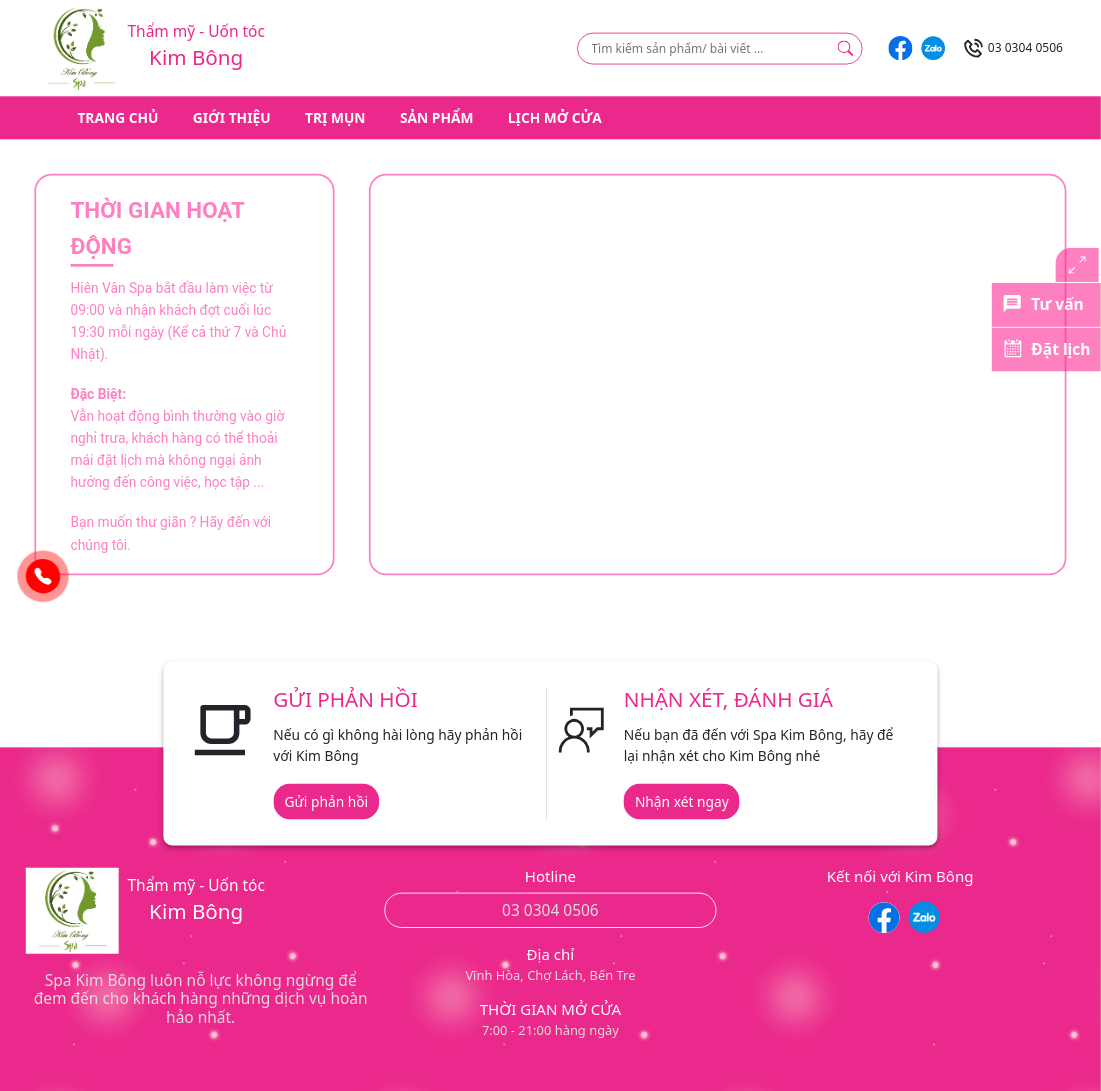
Repository: tranduykhuong/SpaKimBong
Page: /calendar
An editor plug-in stored every save of this project. The page is shown before and after the next save, followed by the edit.
The browser window is 1280 px wide. The pictures show the whole page, at 86% of full size.
Pictures or frames that could not be fetched are drawn as grey boxes. The project was rebuilt for these pictures with package versions that can differ from the ones it lists, and the page was loaded fresh each time. Also part of the build but not shown: src/components/Banner/banner.scss, src/components/Banner/Banner.js, src/pages/Home/home.scss, src/pages/Home/ListImage/listImage.scss, src/pages/Home/ListImage/ListImage.js, src/pages/Home/BookOnline/bookOnl.scss, src/pages/Home/BookOnline/Modal/ModalBook/modalbook.scss, src/pages/Home/BookOnline/Modal/ModalBook/modalbook.js and 24 more.

Above is the page before, as saved 2022-06-06 23:49:33.

### src/App.js
import "./App.scss";
import Header from "./components/Header/Header";
import Home from "./pages/Home/Home";
import "bootstrap/dist/css/bootstrap.min.css";
import { Route, Routes } from "react-router-dom";
import About from "./pages/About/About";
import Products from "./pages/Product/Products";
import ProductDetail from "./pages/Product/ProductDetail/ProductDetail";
import AcneTreatment from "./pages/AcneTreatment/AcneTreatment";
import ContactToolbox from "./components/ContactToolbox/ContactToolbox";
import BackToTop from "./components/BackToTop/BackToTop";
import PhoneTool from "./components/PhoneTool/PhoneTool";
import Calendar from "./pages/Calendar/Calendar";

function App() {
  return (
    <div className="App">
      <Header />
      <ContactToolbox />
      <BackToTop />
      <PhoneTool />
      <Routes>
        <Route path="/" element={<Home />} />
        <Route path="/about" element={<About />} />
        <Route path="/products" element={<Products />} />
        <Route path="/acne" element={<AcneTreatment />} />
        <Route path="/calendar" element={<Calendar />} />

        <Route path="/products/1" element={<ProductDetail />} />
      </Routes>
    </div>
  );
}

export default App;

### src/components/ContactToolbox/ContactToolbox.js
import React, { useState } from "react";
import "./contactToolbox.scss";
import { MdMessage } from "react-icons/md";
import { GoCalendar } from "react-icons/go";
import { BsArrowsAngleExpand } from "react-icons/bs";

const ContactToolbox = () => {
  const [hidden, setHidden] = useState(false);

  return (
    <div className="contactFixed">
      <div className="toolboxScroll" onClick={() => setHidden((prev) => !prev)}>
        <BsArrowsAngleExpand className="iconArrow" />
      </div>
      <div className={"toolboxList " + (hidden ? "hidden" : "open")}>
        <div className="advise toolboxItem">
          <MdMessage className="iconMessage" />
          <p>Tư vấn</p>
        </div>
        <div className="book toolboxItem">
          <GoCalendar className="iconCalendar" />
          <p>Đặt lịch</p>
        </div>
      </div>
    </div>
  );
};

export default ContactToolbox;

### src/components/BackToTop/BackToTop.js
import React, { useEffect, useState } from "react";
import "./backToTop.scss";
import { FaRegArrowAltCircleUp } from "react-icons/fa";

const BackToTop = () => {
  const [clicked, setClick] = useState(true);
  const [hiddenArrow, setHiddenArrow] = useState(true);

  useEffect(() => {
    const handleScroll = () => {
      if (window.scrollY > 550) setHiddenArrow(false);
      else setHiddenArrow(true);
    };
    window.addEventListener("scroll", handleScroll);
    return () => {
      window.removeEventListener("scroll", handleScroll);
    };
  }, []);

  useEffect(() => {
    window.scrollTo(0, 0);
  }, [clicked]);

  return (
    <div
      className={"backToTop " + (hiddenArrow ? "" : "show")}
      onClick={() => setClick((prev) => !prev)}
    >
      <FaRegArrowAltCircleUp className="icon" />
    </div>
  );
};

export default BackToTop;

### src/components/PhoneTool/PhoneTool.js
import React from "react";
import "./phoneTool.scss";
import { BsFillTelephoneFill } from "react-icons/bs";

const PhoneTool = () => {
  return (
    <div className="phoneTool">
      <div className="phone">
        <BsFillTelephoneFill className="iconPhone" />
      </div>
      <div className="circle"></div>
    </div>
  );
};

export default PhoneTool;

### src/pages/Calendar/Calendar.js
import React from "react";
import "./calendar.scss";
import Footer from "./../../components/Footer/Footer";

const Calendar = () => {
  return (
    <div>
      <div className="container-calendar">
        <div className="container-bg-calendar">
          <div className="calendar">
            <div className="calendar-content">
              <h3>THỜI GIAN HOẠT ĐỘNG</h3>
              <p>
                Hiên Vân Spa bắt đầu làm việc từ 09:00 và nhận khách đợt cuối
                lúc 19:30 mỗi ngày (Kể cả thứ 7 và Chủ Nhật).
              </p>
              <strong id="special">Đặc Biệt:</strong>
              <p>
                Vẫn hoạt động bình thường vào giờ nghỉ trưa, khách hàng có thể
                thoải mái đặt lịch mà không ngại ảnh hưởng đến công việc, học
                tập ...
              </p>
              <p>Bạn muốn thư giãn ? Hãy đến với chúng tôi.</p>
            </div>

            <div className="calendar-boxs-day">
              <div className="calendar-boxs">
                <div className="calendar-box">
                  <image
                    width={200}
                    height={200}
                    src="https://www.mindalife.vn/wp-content/uploads/2020/05/mau-thoi-gian-bieu-hoc-tap.jpg"
                  ></image>
                </div>
              </div>
            </div>
          </div>
        </div>
      </div>

      <Footer />
    </div>
  );
};

export default Calendar;

### src/components/Header/header.scss
@import '../../SCSS/base/variables.scss';
$height-navbar: 5rem;

.header {
    .mg-navbar {
        margin-bottom: $height-navbar;
    }

    .infor {
        max-width: 1200px;
        padding: .6rem 0;
        display: flex;
        justify-content: space-between;
        margin: 0 auto;

        .logo {
            display: flex;
            flex: 1;

            img {
                height: 10rem;
            }

            .nameSpa {
                color: $main-color;
                margin: auto 0;

                h4 {
                    font-size: 1.8rem;
                    font-weight: 500;
                }

                h2 {
                    font-size: 2.4rem;
                }
            }
        }


        .search {
            margin: auto 0;
            border-radius: 50px;
            border: solid .1rem $main-color;
            height: 37px;
            display: flex;

            input {
                font-size: 1.4rem;
                margin: auto 16px;
                min-width: 26rem;
                border: none;
                outline: none;
            }

            .icon {
                margin: auto 10px;
                cursor: pointer;
            }

            .iconSearch {
                width: 1.8rem;
                height: 1.8rem;
                color: $main-color;

                &:hover {
                    color: #f867b2;
                }
            }
        }

        .contact {
            display: flex;
            margin-left: 20px;

            .icon {
                margin: auto 0;
                margin-left: 10px;

            }

            .iconFacebook {
                width: 2.8rem;
                height: 2.8rem;
                color: rgba($color: #0570e6, $alpha: 1.0);
            }

            .iconZalo {
                width: 2.8rem;
                height: 2.8rem;
                border-radius: 50%;
            }

            .phone {
                margin: auto 0;
                margin-left: 20px;
                display: flex;

                .iconPhone {
                    width: 2.6rem;
                    height: 2.6rem;
                }

                h3 {
                    font-size: 1.4rem;
                    font-weight: 500;
                    margin: auto 4px;
                }
            }

        }
    }

    .fixedNavbar {
        position: fixed;
        top: 0;
        left: 0;
        z-index: 50;
        width: 100%;
        animation: fixedNavbar 1s forwards;
    }

    @keyframes fixedNavbar {
        from {
            top: -5rem;
            opacity: 0;
        }

        to {
            top: 0;
            opacity: 1;
        }
    }

    .myNavbar {
        height: $height-navbar;
        background-color: $main-color;

        .navbarContent {
            max-width: 1200px;
            margin: 0 auto;

            .navbarList {
                display: flex;
                margin: 0 1rem;
                // justify-content: space-evenly;

                li {
                    list-style: none;

                    a {
                        line-height: $height-navbar;
                        height: $height-navbar;
                        display: block;
                        color: #fff;
                        font-size: 1.6rem;
                        font-weight: 600;
                        text-decoration: none;
                        padding: 0 2rem;
                    }

                    &:hover {
                        background-color: #f844a1;
                        cursor: pointer;
                    }
                }

                .active {
                    background-color: #dd0876;
                }
            }
        }
    }
}

### src/components/Footer/Footer.js
import React, { useEffect } from "react";
import "./footer.scss";
import { BsFacebook } from "react-icons/bs";
import { RiCupLine } from "react-icons/ri";
import { VscFeedback } from "react-icons/vsc";

const Footer = () => {
  return (
    <div className="footer">
      <div className="logo">
        <div className="info">
          <img src="../../img/logoSpa.png" alt="" />
          <div className="nameSpa">
            <h4>Thẩm mỹ - Uốn tóc</h4>
            <h2>Kim Bông</h2>
          </div>
        </div>

        <h5>
          Spa Kim Bông luôn nỗ lực không ngừng để đem đến cho khách hàng những
          dịch vụ hoàn hảo nhất.
        </h5>
      </div>

      <div className="address">
        <h3>Hotline</h3>
        <div className="hotline">03 0304 0506</div>
        <h3>Địa chỉ</h3>
        <h4>Vĩnh Hòa, Chợ Lách, Bến Tre</h4>
        <h3>THỜI GIAN MỞ CỬA</h3>
        <h4>7:00 - 21:00 hàng ngày</h4>
      </div>
      <div className="contact">
        <h3>Kết nối với Kim Bông</h3>
        <a href="/" className="icon">
          <BsFacebook className="iconFacebook" />
        </a>
        <a href="/" className="icon">
          <img src="../../img/Zalo.png" alt="" className="iconZalo" />
        </a>
      </div>

      <div className="subFooter">
        <div className="report">
          <RiCupLine className="icon" />
          <div>
            <h3>Gửi phản hồi</h3>
            <p>Nếu có gì không hài lòng hãy phản hồi với Kim Bông</p>
            <div className="btn">Gửi phản hồi</div>
          </div>
        </div>
        <div className="feedback">
          <VscFeedback className="icon" />
          <div>
            <h3>Nhận xét, Đánh giá</h3>
            <p>
              Nếu bạn đã đến với Spa Kim Bông, hãy để lại nhận xét cho Kim Bông
              nhé
            </p>
            <div className="btn">Nhận xét ngay</div>
          </div>
        </div>
      </div>
    </div>
  );
};

export default Footer;

### src/components/ContactToolbox/contactToolbox.scss
.contactFixed {
    position: fixed;
    top: 50%;
    transform: translateY(-50%);
    right: 0;
    z-index: 100;
    cursor: pointer;

    .toolboxScroll {
        border-top-left-radius: 1.8rem;
        background-color: rgba($color: #fc2c97, $alpha: 0.6);
        width: 5rem;
        padding: 1rem;
        color: #fff;
        transform: translateX(149%);
        border-bottom: 1px solid #fff;

        .iconArrow {
            width: 2rem;
            height: 2rem;
        }
    }

    .toolboxList {
        background-color: rgba($color: #fc2c97, $alpha: 0.6);


        .toolboxItem {
            display: flex;
            padding: 1.2rem;
            color: #fff;

            p {
                font-size: 1.8rem;
                margin: 0;
                padding-left: 1rem;
                font-weight: 600;
            }
        }

        .advise {
            border-bottom: 1px solid #fff;

            .iconMessage {
                width: 2.4rem;
                height: 2.4rem;
            }
        }

        .book {

            .iconCalendar {
                width: 2.4rem;
                height: 2.4rem;
            }
        }
    }

    .hidden {
        animation: toRight 0.8s linear forwards;
    }

    .open {
        animation: toLeft 0.8s linear backwards;
    }

    @keyframes toRight {
        to {
            transform: translateX(62%);
        }
    }

    @keyframes toLeft {
        from {
            transform: translateX(62%);

        }

        to {
            transform: translateX(0);
        }
    }
}

### src/components/BackToTop/backToTop.scss
.backToTop {
    position: fixed;
    bottom: 2rem;
    right: 2rem;
    z-index: 100;
    display: none;

    .icon {
        width: 4rem;
        height: 4rem;
        color: #fa72b8;
        cursor: pointer;
    }
}

.show {
    animation: FadeIn 0.8s forwards;
    display: block;

    @keyframes FadeIn {
        from {
            bottom: 0;
        }

        to {
            bottom: 2rem;
        }
    }
}

### src/components/PhoneTool/phoneTool.scss
.phoneTool {
    position: fixed;
    width: 6rem;
    height: 6rem;
    left: 1rem;
    border-radius: 50%;
    bottom: 3rem;
    z-index: 100;
    cursor: pointer;

    .phone {
        position: absolute;
        z-index: 5;
        top: 34%;
        left: 34%;
        background-color: red;
        padding: 1rem;
        border-radius: 50%;
        animation: phoneSkin 1s infinite ease-in-out;

        .iconPhone {
            height: 2rem;
            width: 2rem;
            color: #fff;

        }

        @keyframes phoneSkin {
            0% {
                transform: rotate(0) scale(1) skew(1deg);
            }

            10% {
                transform: rotate(-25deg) scale(1) skew(1deg);
            }

            20% {
                transform: rotate(25deg) scale(1) skew(1deg);
            }

            30% {
                transform: rotate(-25deg) scale(1) skew(1deg);
            }

            40% {
                transform: rotate(25deg) scale(1) skew(1deg);
            }

            50% {
                transform: rotate(0) scale(1) skew(1deg);
            }

            100% {
                transform: rotate(0) scale(1) skew(1deg);
            }
        }
    }

    .circle {
        position: absolute;
        width: 6rem;
        height: 6rem;
        border-radius: 50%;
        top: 16%;
        left: 16%;
        background-color: rgba($color: rgb(255, 42, 42), $alpha: 0.5);
        animation: zoom 1s infinite;

        @keyframes zoom {
            0% {
                transform: scale(0.9);
            }

            70% {
                transform: scale(1);
                box-shadow: 0 0 0 15px transparent;
            }

            100% {
                transform: scale(0.9);
                box-shadow: 0 0 0 0 transparent;
            }
        }
    }
}

### src/pages/Calendar/calendar.scss
.container-calendar {
  .container-bg-calendar {
    .calendar {
      display: flex;
      width: 100%;
      text-align: left;
      padding: 4rem;
      font-family: "Roboto", sans-serif;

      .calendar-content {
        width: 30%;
        border: solid 2px #fd80c1;
        // border-bottom-left-radius: 20px;
        // border-top-left-radius: 20px;
        // border-top-right-radius: 20px;
        border-radius: 20px;
        padding: 2rem 4rem 0;
        margin-right: 4rem;
        h3 {
          margin: 0 0 13px;
          color: #fd80c1;
          font-size: 26px;
          font-weight: bold;
          line-height: 1.6;
        }

        h3:after {
          content: "";
          display: block;
          width: 5rem;
          height: 0.25rem;
          background: #fd80c1;
        }

        #special {
          color: #fd80c1;
          font-size: 16px;
          line-height: 1.6;
          margin-bottom: 0;
        }

        p {
          margin: 0 0 21px;
          color: #fd80c1;
          font-size: 16px;
          line-height: 1.6;
        }
      }

      .calendar-boxs-day {
        width: 70%;
        border: solid 2px #fd80c1;
        border-radius: 20px;
        padding: 2rem 4rem 0;

        .calendar-boxs {
          display: flex;
          width: 100%;

          .calendar-box {
            width: 14.2857142857%;
            //border: solid 2px #fd80c1;
          }
        }
      }
    }
  }
}

### src/SCSS/base/variables.scss
$main-color: #eb288c;
$text-color: #444;
$title-color: #fff;

### src/components/Footer/footer.scss
@import '../../SCSS/base/variables.scss';

.footer {
    background-image: url(../../../public/img/sparkle1.png), url(../../../public/img/sparkle2.png);
    width: 100%;
    height: 400px;
    background-color: $main-color;
    animation: sparkle 60s linear infinite;
    padding: 14rem 3rem 0;
    display: flex;
    justify-content: space-around;
    position: relative;
    margin-top: 16rem;

    .logo {
        flex: 1;

        .info {
            display: flex;

            img {
                height: 10rem;
            }

            .nameSpa {
                color: $title-color;
                margin: 1rem;

                h4 {
                    font-size: 1.8rem;
                    font-weight: 500;
                }

                h2 {
                    font-size: 2.4rem;
                }
            }
        }

        h5 {
            margin: 2rem .6rem;
            font-size: 1.8rem;
            font-weight: 400;
            color: #ddd;
        }
    }

    .contact {
        flex: 1;
        text-align: center;

        h3 {
            margin-bottom: 1.8rem;
            color: $title-color;
        }

        .icon {
            margin: auto 0;
            margin-left: 10px;

        }

        .iconFacebook {
            width: 3.6rem;
            height: 3.6rem;
            color: rgba($color: #0570e6, $alpha: 1.0);
            background-color: $title-color;
            border-radius: 50%;
        }

        .iconZalo {
            width: 3.7rem;
            height: 3.7rem;
            border-radius: 50%;
        }
    }

    .address {
        color: #ddd;
        flex: 1;
        text-align: center;

        h3 {
            // margin-bottom: 2rem;
            color: $title-color;
        }

        h4 {
            margin-bottom: 2rem;
        }

        .hotline {
            padding: .6rem;
            font-size: 1.8rem;
            margin: .8rem 1rem 2rem;
            border: 1px solid $title-color;
            border-radius: 2rem;

            &:hover {
                color: $title-color;
                cursor: pointer;
            }
        }
    }

    @keyframes sparkle {
        0% {
            background-position: 0px 0px, 0px 0px, 0px 0px;
        }

        100% {
            background-position: -500px -1000px, -400px -400px, 300px 300px;
        }
    }

    .subFooter {
        width: 100%;
        max-width: 90rem;
        min-height: 20rem;
        box-shadow: 0 3px 6px -4px rgba(0, 0, 0, 0.2), 0 3px 6px rgba(0, 0, 0, 0.3);

        background-color: #fff;
        border-radius: 1rem;
        z-index: 50;
        top: -10rem;
        left: 50%;
        transform: translateX(-50%);
        position: absolute;
        display: flex;
        padding: 3rem;
        justify-content: space-around;

        .report,
        .feedback {
            display: flex;
            flex: 1;
            justify-content: center;
            text-align: left;

            h3 {
                text-transform: uppercase;
                font-size: 2.4rem;
                color: $main-color;
            }

            p {
                font-size: 1.6rem;
                padding: 1rem 1.4rem 1rem 0;
            }

            .icon {
                height: 10rem;
                width: 10rem;
                margin-right: 2rem;
            }

            .btn {
                padding: 0.8rem 1.2rem;
                background-color: $main-color;
                border-radius: 2rem;
                font-size: 1.6rem;
                color: #fff;

                &:hover {
                    background-color: #cc1574;
                }
            }
        }

        .report {
            border-right: 1px solid #ddd;
        }

        .feedback {
            margin-left: 1rem;
        }
    }
}

Loaded but not shown: public/index.html (common file); src/index.js (common file); src/index.css (common file); src/reportWebVitals.js (common file); src/App.scss (common file); src/components/Header/Header.js (92 lines, source omitted)

After the next save:
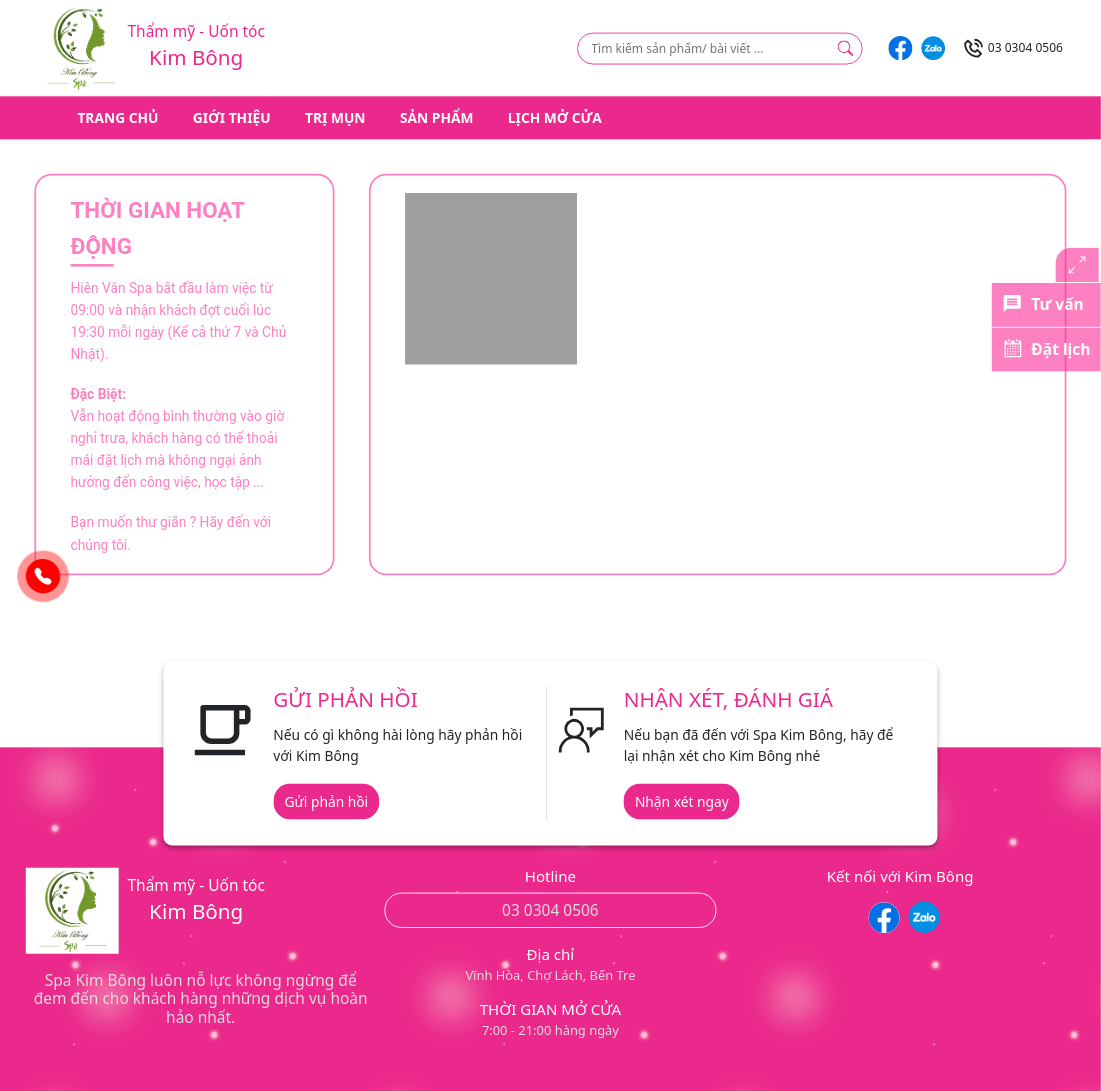
Saved 2 min 42 s later.
--- a/src/pages/Calendar/Calendar.js
+++ b/src/pages/Calendar/Calendar.js
@@ -26,11 +26,11 @@ const Calendar = () => {
             <div className="calendar-boxs-day">
               <div className="calendar-boxs">
                 <div className="calendar-box">
-                  <image
+                  <img
                     width={200}
                     height={200}
                     src="https://www.mindalife.vn/wp-content/uploads/2020/05/mau-thoi-gian-bieu-hoc-tap.jpg"
-                  ></image>
+                  ></img>
                 </div>
               </div>
             </div>
